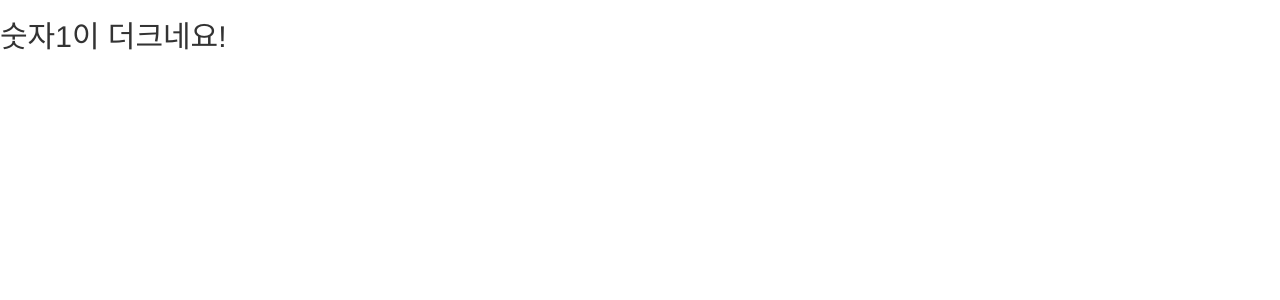
Repository: jungbee2/jungproject
Page: http://localhost/JstlProject/day0330/ex3_if.jsp
The author's editor kept a copy of each file at every save. The page is drawn from the files as they stood at one save, then again after the next save.
The browser window is 1280 px wide. The pictures show the whole page.
Some web fonts or font styles are not loaded; a fallback is used. The page is served by Tomcat 9. Other server files are loaded and not shown.

Above is the page before, as saved 2023-03-30 01:41:57.

### JstlProject/src/main/webapp/day0330/ex3_if.jsp
<%@ page language="java" contentType="text/html; charset=utf-8"
	pageEncoding="utf-8"%>
<%@ taglib uri="http://java.sun.com/jsp/jstl/core" prefix="c"%>
<%@ taglib uri="http://java.sun.com/jsp/jstl/fmt" prefix="fmt"%>
<!DOCTYPE html>
<html>
<head>
<meta charset="utf-8">
<title>Insert title here</title>

<link
	href="https://fonts.googleapis.com/css2?family=Anton&family=Edu+VIC+WA+NT+Beginner:wght@600&family=Gamja+Flower&family=Single+Day&family=Jua&family=Nanum+Pen+Script&display=swap"
	rel="stylesheet">
<link rel="stylesheet"
	href="https://maxcdn.bootstrapcdn.com/bootstrap/3.4.1/css/bootstrap.min.css">
<script src="https://code.jquery.com/jquery-3.6.3.js"></script>

</head>

<body>
	<!-- 변수선언 -->
	<c:set var="su1" value="7"></c:set>
	<c:set var="su2" value="4"></c:set>

	<c:if test="${su1>su2 }">
		<h2>숫자1이 더크네요!</h2>
	</c:if>

</body>
</html>

After the next save:
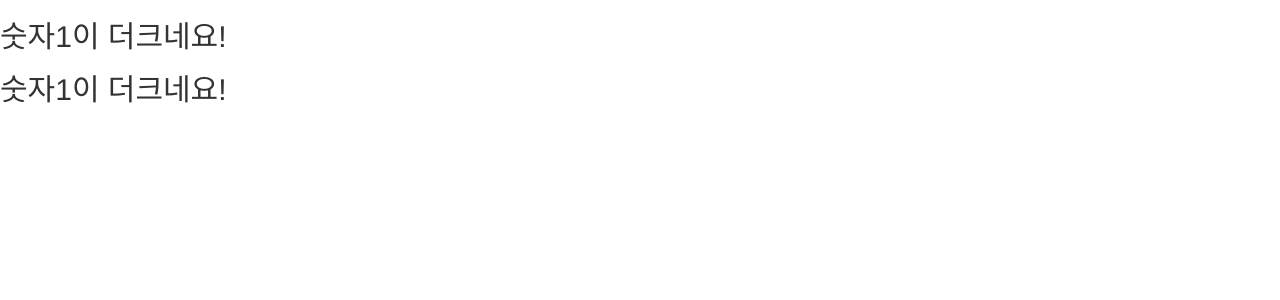
Saved 57 s later.
--- a/JstlProject/src/main/webapp/day0330/ex3_if.jsp
+++ b/JstlProject/src/main/webapp/day0330/ex3_if.jsp
@@ -25,6 +25,8 @@
 	<c:if test="${su1>su2 }">
 		<h2>숫자1이 더크네요!</h2>
 	</c:if>
-
+	<c:if test="${su1>su2 }">
+		<h2>숫자1이 더크네요!</h2>
+	</c:if>
 </body>
 </html>

After the save that followed:
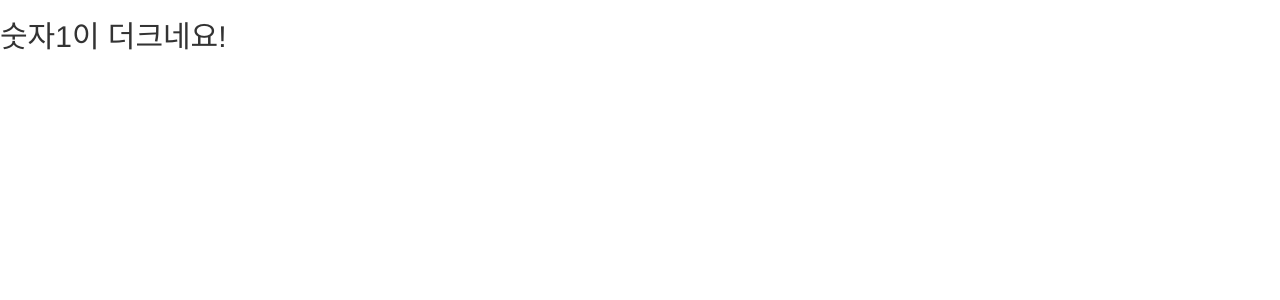
Saved 4 s later.
--- a/JstlProject/src/main/webapp/day0330/ex3_if.jsp
+++ b/JstlProject/src/main/webapp/day0330/ex3_if.jsp
@@ -25,7 +25,7 @@
 	<c:if test="${su1>su2 }">
 		<h2>숫자1이 더크네요!</h2>
 	</c:if>
-	<c:if test="${su1>su2 }">
+	<c:if test="${su1<su2 }">
 		<h2>숫자1이 더크네요!</h2>
 	</c:if>
 </body>
